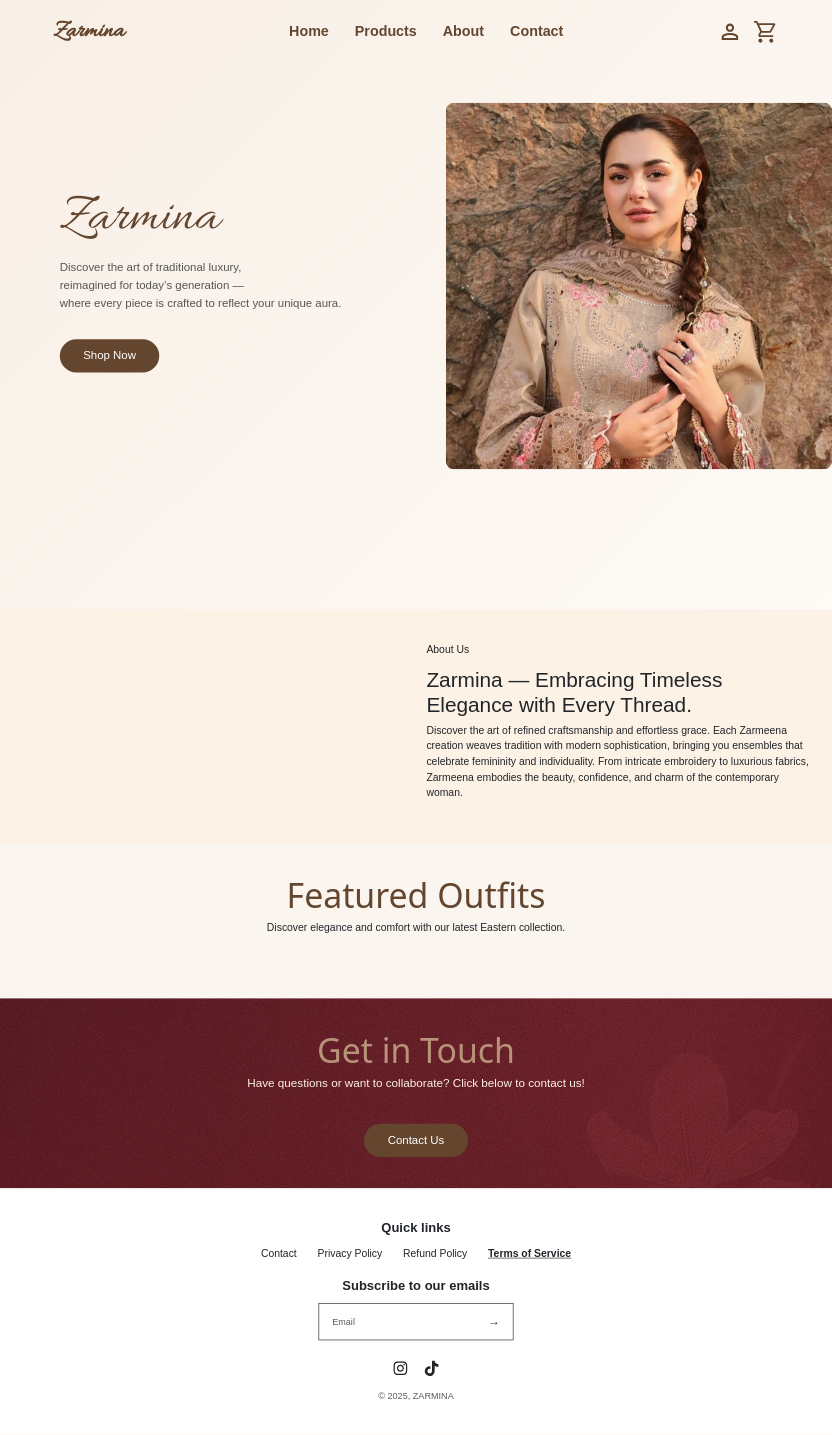
Repository: ayeshatehreem77/Clothing-store
Page: / (app in perfumes-app/)
An editor plug-in stored every save of this project. The page is shown before and after the next save, followed by the edit.
The browser window is 1280 px wide. The pictures show the whole page, at 65% of full size.
Pictures or frames that could not be fetched are drawn as grey boxes. The page's requests for data from a server got no answer. Some web fonts or font styles are not loaded; a fallback is used. The project was rebuilt for these pictures with package versions that can differ from the ones it lists, and the page was loaded fresh each time. No one was signed in, and anything a server would have sent is missing. Also part of the build but not shown: perfumes-app/src/components/Alert.js, perfumes-app/src/components/Reviews.js, perfumes-app/src/components/FeedbackForm.js.

Above is the page before, as saved 2025-10-31 21:05:06.

After the next save:
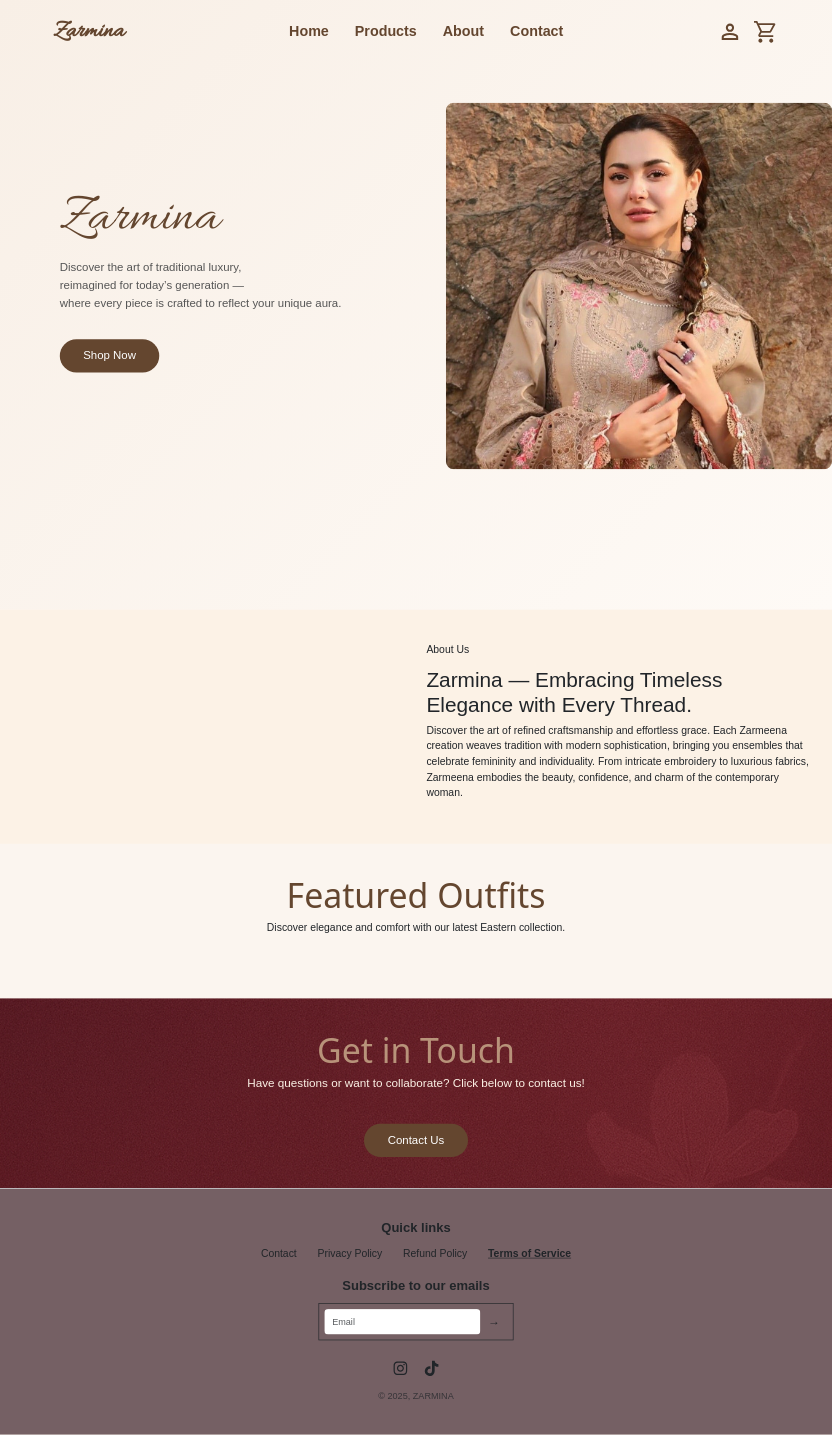
Saved 12 s later.
--- a/perfumes-app/src/components/Footer.js
+++ b/perfumes-app/src/components/Footer.js
@@ -3,7 +3,7 @@ import { FaInstagram, FaTiktok } from "react-icons/fa";
 
 const Footer = () => {
   return (
-    <footer className="bg-white text-center py-5 border-top">
+    <footer className=" text-center py-5 border-top">
       <div className="container">
         {/* Quick Links */}
         <h5 className="fw-bold mb-3">Quick links</h5>
